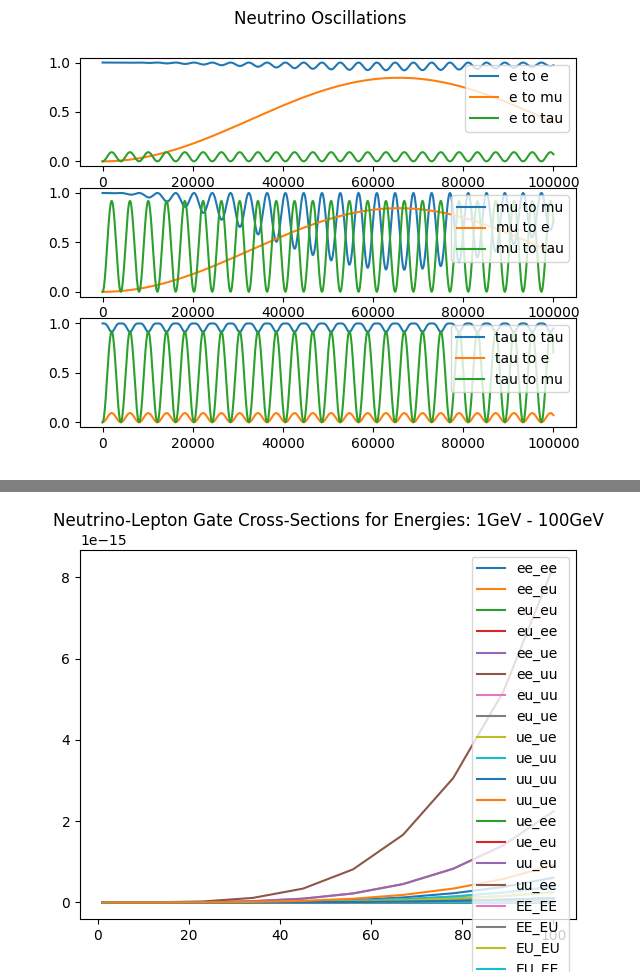
Repository: MichaelCullen2011/QuantumAndNeutrinos
Script's output: python neutrinos.py
An editor plug-in stored every save of this project. The script's output is shown before and after the next save, followed by the edit.
Each picture stacks the figures in order, with grey between them; figures that are only written to a file come last. Random numbers start from a fixed seed.

Above is the script's output before, as saved 2021-06-02 16:44:14.

### neutrinos.py
import numpy as np
import matplotlib.pyplot as plt


'''
To Do           - tau interactions
                - clean up constant variables into dicts or lists
'''


'''
Variables and Constants
'''
# # Constants
# Mass difference squared between two flavour states
delta_m_sq = {'eu': 7.53e-5, 'tu': 2.44e-3, 'te': 2.44e-3, 'ue': 7.53e-5, 'ut': 2.44e-3, 'et': 2.44e-3}     # eV**2
delta_m_e_mu_sq = 7.53e-5      # eV**2
delta_m_tau_mu_sq = 2.44e-3    # eV**2  # can be +ve or -ve
delta_m_tau_e_sq = 2.44e-3     # eV**2  # can be +ve or -ve
delta_m_mu_e_sq = delta_m_e_mu_sq      # eV**2
delta_m_mu_tau_sq = delta_m_tau_mu_sq    # can be +ve or -ve
delta_m_e_tau_sq = delta_m_tau_e_sq     # eV**2

# Angle between flavour states
sin_q_theta = {'eu': 0.846, 'tu': 0.92, 'te': 0.093, 'ue': 0.846, 'ut': 0.92, 'et': 0.093}
sin_sq_theta_e_tau = 0.093
sin_sq_theta_e_mu = 0.846
sin_sq_theta_mu_tau = 0.92      # actually > 0.92 but it varies on atmospheric values
sin_sq_theta_mu_e = sin_sq_theta_e_mu
sin_sq_theta_tau_e = sin_sq_theta_e_tau
sin_sq_theta_tau_mu = sin_sq_theta_mu_tau

G_f = 1.1663787e-5         # GeV-2
sin_sq_theta_w = 0.22290        # Weinberg angle
m_e = 0.511 * 1e-3     # GeV c-2
m_u = 105 * 1e-3       # GeV c-2
sigma_naught = 1.72e-45         # m**2 / GeV

# # Variables
# m_out = 10       # reactant mass out (electrons, muons etc)
# m_in = 1000        # reactant mass in (electrons, muons etc)
# E_v = 100     # Neutrino energy
# L = 10       # distance oscillating (for oscillation)
# E = E_v     # Neutrino beam energy
# d = 10       # distance travelled (for decoherence)



'''
Oscillation Probabilities   -   p_oscill = (np.sin(2 * theta))**2 * (np.sin((delta_m_sq * L) / (4 * E)))**2
'''
class Oscillations:
    def __init__(self, distance=1e6, energy=10):
        self.prob_list = {
            'eu': [], 'et': [],
            'ue': [], 'ut': [],
            'te': [], 'tu': [],
            'ee': [], 'uu': [],     # do these last as theyre calculated based on the previously calculated
            'tt': [],
        }

        self.prob_reduced = {
            'e': [],
            'u': [],
            't': []
        }

        self.prob_neut = []

        self.max_points = 1000      # Number of points
        self.E = energy
        self.L = distance    # Km
        self.x_range = np.linspace(0, self.L / self.E, self.max_points)
        theta_range = np.linspace(0, 2 * np.pi, self.max_points)


    def calculate(self):
        for x in self.x_range:
            # print(f"Calculated Probability of {self.max_points}")
            for change in self.prob_list.keys():
                if change not in ['ee', 'uu', 'tt']:
                    self.prob_list[change].append(Oscillations.prob(self, flavours=change, x=x))
            self.prob_list['ee'].append(1 - (self.prob_list['eu'][-1] * self.prob_list['et'][-1]))
            self.prob_list['uu'].append(1 - (self.prob_list['ue'][-1] * self.prob_list['ut'][-1]))
            self.prob_list['tt'].append(1 - (self.prob_list['te'][-1] * self.prob_list['tu'][-1]))

        self.prob_reduced['e'] = [self.prob_list['ee'], self.prob_list['eu'], self.prob_list['et']]
        self.prob_reduced['u'] = [self.prob_list['uu'], self.prob_list['ue'], self.prob_list['ut']]
        self.prob_reduced['t'] = [self.prob_list['tt'], self.prob_list['te'], self.prob_list['tu']]
        Oscillations.plot(self)


    def plot(self):
        fig, axs = plt.subplots(3)
        fig.suptitle('Neutrino Oscillations')
        n = 0
        for initial in self.prob_reduced.values():
            if n == 0:
                for p in initial:
                    axs[n].plot(self.x_range, p)
                    axs[n].legend(['e to e', 'e to mu', 'e to tau'], loc=1)
            if n == 1:
                for p in initial:
                    axs[n].plot(self.x_range, p)
                    axs[n].legend(['mu to mu', 'mu to e', 'mu to tau'], loc=1)
            if n == 2:
                for p in initial:
                    axs[n].plot(self.x_range, p)
                    axs[n].legend(['tau to tau', 'tau to e', 'tau to mu'], loc=1)
            n += 1
        plt.show()


    def prob(self, flavours, x):
        if flavours == 'eu':
            prob = sin_sq_theta_e_mu * np.square(np.sin(1.27 * delta_m_e_mu_sq * x / 4))
        elif flavours == 'et':
            prob = sin_sq_theta_e_tau * np.square(np.sin(1.27 * delta_m_e_tau_sq * x / 4))
        elif flavours == 'ue':
            prob = sin_sq_theta_e_mu * np.square(np.sin(1.27 * delta_m_mu_e_sq * x / 4))
        elif flavours == 'ut':
            prob = sin_sq_theta_mu_tau * np.square(np.sin(1.27 * delta_m_mu_tau_sq * x / 4))
        elif flavours == 'te':
            prob = sin_sq_theta_tau_e * np.square(np.sin(1.27 * delta_m_tau_e_sq * x / 4))
        elif flavours == 'tu':
            prob = sin_sq_theta_tau_mu * np.square(np.sin(1.27 * delta_m_tau_mu_sq * x / 4))
        return prob



'''
Cross Sections
'''
class CrossSections:
    def __init__(self, energy, lepton):
        E_v = energy
        sigma_naught = 1.72e-45

        s_e = sigma_naught * np.pi / G_f**2
        s_u = s_e * (m_u / m_e)

        sigma_naught_e = (2 * m_e * G_f**2 * E_v) / np.pi
        sigma_naught_u = (2 * m_u * G_f**2 * E_v) / np.pi

        if lepton == 'e':
            sigma_naught = sigma_naught_e
            self.cs_without_ms = {'e_e': [], 'E_E': [], 'E_U': [], 'u_e': [], 'u_u': [], 'U_U': []}
            self.cs_with_ms = {'e_e': [], 'E_E': [], 'E_U': [], 'u_e': [], 'u_u': [], 'U_U': []}

        elif lepton == 'u':
            sigma_naught = sigma_naught_u
            self.cs_without_ms = {'e_e': [], 'E_E': [], 'U_E': [], 'e_u': [], 'u_u': [], 'U_U': []}
            self.cs_with_ms = {'e_e': [], 'E_E': [], 'U_E': [], 'e_u': [], 'u_u': [], 'U_U': []}

        for flavour in self.cs_without_ms.keys():
            cs = CrossSections.neutrino_and_electron(self, flavour=flavour) * energy * sigma_naught
            self.cs_without_ms[flavour].append(cs)
            self.cs_with_ms[flavour].append(
                cs * energy * sigma_naught *
                CrossSections.mass_suppression(
                    self, flavour, energy=energy, reaction_lepton=lepton
                )
            )

    def neutrino_and_electron(self, flavour):
        if flavour == 'e_e':
            cs = 0.25 + sin_sq_theta_w + (4 / 3) * np.square(sin_sq_theta_w)
        elif flavour == 'E_E':
            cs = (1 / 12) + 1 / 3 * (sin_sq_theta_w + 4 / 3 * np.square(sin_sq_theta_w))
        elif flavour == 'E_U' or flavour == 'U_E':
            cs = 1 / 3
        elif flavour == 'u_e' or flavour == 'e_u':
            cs = 1
        elif flavour == 'u_u':
            cs = 1 / 4 - sin_sq_theta_w + 4 / 3 * np.square(sin_sq_theta_w)
        elif flavour == 'U_U':
            cs = 1 / 12 - 1 / 3 * sin_sq_theta_w + 4 / 3 * np.square(sin_sq_theta_w)
        return cs

    def mass_suppression(self, flavour, energy, reaction_lepton='e'):
        m_E = m_e
        m_U = m_u
        if reaction_lepton == 'e':
            m_in = m_e
        elif reaction_lepton == 'u':
            m_in = m_u

        if flavour == 'e_e':
            zeta = 1 - ((m_e ** 2) / (m_in ** 2 + 2 * m_in * energy))
        elif flavour == 'E_E':
            zeta = 1 - ((m_e ** 2) / (m_in ** 2 + 2 * m_in * energy))
        elif flavour == 'E_U':
            zeta = 1 - ((m_u ** 2) / (m_in ** 2 + 2 * m_in * energy))
        elif flavour == 'u_e':
            zeta = 1 - ((m_u ** 2) / (m_in ** 2 + 2 * m_in * energy))
        elif flavour == 'u_u':
            zeta = 1 - ((m_e ** 2) / (m_in ** 2 + 2 * m_in * energy))
        elif flavour == 'U_U':
            zeta = 1 - ((m_e ** 2) / (m_in ** 2 + 2 * m_in * energy))
        # neutrino-muon specific reactions
        elif flavour == 'U_E':
            zeta = 1 - ((m_e ** 2) / (m_in ** 2 + 2 * m_in * energy))
        elif flavour == 'e_u':
            zeta = 1 - ((m_e ** 2) / (m_in ** 2 + 2 * m_in * energy))
        return zeta



'''
Wave Functions (for plotting)
'''
class WaveFunctions:
    def __init__(self, accuracy):
        phi = np.linspace(0, np.pi, accuracy)
        theta = np.linspace(0, 2 * np.pi, 20)
        prob_at_detector = {'e_e': [], 'e_mu': [], 'e_tau': [],
                            'mu_mu': [], 'mu_e': [], 'mu_tau': [],
                            'tau_tau': [], 'tau_e': [], 'tau_mu': []}
        flavour_list = ['e_e', 'e_mu', 'e_tau', 'mu_mu', 'mu_e', 'mu_tau', 'tau_tau', 'tau_e', 'tau_mu']
        detector_1 = {'e_e': [], 'e_mu': [], 'e_tau': [],
                      'mu_mu': [], 'mu_e': [], 'mu_tau': [],
                      'tau_tau': [], 'tau_e': [], 'tau_mu': []}
        detector_2 = {'e_e': [], 'e_mu': [], 'e_tau': [],
                      'mu_mu': [], 'mu_e': [], 'mu_tau': [],
                      'tau_tau': [], 'tau_e': [], 'tau_mu': []}

        for flavour_change in flavour_list:
            for phi_value in phi:
                prob_at_detector[flavour_change].append(WaveFunctions.prob(self, flavour=flavour_change, phi=phi_value))

            for tuple in prob_at_detector[flavour_change]:
                detector_1[flavour_change].append(tuple[0])
                detector_2[flavour_change].append(tuple[0])

        fig1 = plt.figure()
        fig2 = plt.figure()
        ax1 = fig1.add_subplot(111)
        ax2 = fig2.add_subplot(111)
        ax1.title.set_text('Detector 1 Probabilities')
        ax2.title.set_text('Detector 2 Probabilities')

        ax1.set_xticks(ticks=np.linspace(start=0, stop=2 * np.pi, num=int(accuracy)))
        ax1.set_yticks(ticks=np.linspace(0, 1, num=5))
        ax2.set_xticks(ticks=np.linspace(start=0, stop=2 * np.pi, num=int(accuracy)))
        ax2.set_yticks(ticks=np.linspace(0, 1, num=5))


        for prob_list in detector_1.values():
            #print(prob_list)
            ax1.plot(phi, prob_list, '--', linewidth=1)

        for prob_list in detector_2.values():
            #print(prob_list)
            ax2.plot(phi, prob_list, '--', linewidth=1)

        ax1.legend(flavour_list, loc=1)
        ax2.legend(flavour_list, loc=1)

    def prob(self, flavour, phi):
        order_tau_d_same = 1
        order_tau_d_change = 1 / 3
        if flavour == 'e_e':
            prob_f1 = 1
            prob_f2 = 0
        elif flavour == 'e_mu':
            prob_f1 = 1 - (np.sqrt(sin_sq_theta_e_tau) / 2) * (1 - order_tau_d_change * np.cos(phi))
            prob_f2 = (np.sqrt(sin_sq_theta_e_tau) / 2) * (1 - order_tau_d_change * np.cos(phi))
        elif flavour == 'e_tau':
            prob_f1 = 1 - (np.sqrt(sin_sq_theta_e_tau) / 2) * (1 - order_tau_d_change * np.cos(phi))
            prob_f2 = (np.sqrt(sin_sq_theta_e_tau) / 2) * (1 - order_tau_d_change * np.cos(phi))
        if flavour == 'mu_mu':
            prob_f1 = 1
            prob_f2 = 0
        elif flavour == 'mu_e':
            prob_f1 = 1 - (np.sqrt(sin_sq_theta_e_mu) / 2) * (1 - order_tau_d_change * np.cos(phi))
            prob_f2 = (np.sqrt(sin_sq_theta_e_mu) / 2) * (1 - order_tau_d_change * np.cos(phi))
        elif flavour == 'mu_tau':
            prob_f1 = 1 - (np.sqrt(sin_sq_theta_mu_tau) / 2) * (1 - order_tau_d_change * np.cos(phi))
            prob_f2 = (np.sqrt(sin_sq_theta_mu_tau) / 2) * (1 - order_tau_d_change * np.cos(phi))
        if flavour == 'tau_tau':
            prob_f1 = 1
            prob_f2 = 0
        elif flavour == 'tau_e':
            prob_f1 = 1 - (np.sqrt(sin_sq_theta_tau_e) / 2) * (1 - order_tau_d_change * np.cos(phi))
            prob_f2 = (np.sqrt(sin_sq_theta_tau_e) / 2) * (1 - order_tau_d_change * np.cos(phi))
        elif flavour == 'tau_mu':
            prob_f1 = 1 - (np.sqrt(sin_sq_theta_tau_mu) / 2) * (1 - order_tau_d_change * np.cos(phi))
            prob_f2 = (np.sqrt(sin_sq_theta_tau_mu) / 2) * (1 - order_tau_d_change * np.cos(phi))
        return prob_f1, prob_f2



'''
Gates
'''
class Gates:
    def __init__(self, energy_list):
        self.energy_list = energy_list
        self.gate_energy_reactions = None
        self.leptons = {'e': [], 'u': []}       # currently only considering e and mu (no tau)
        self.all_values = {}

    def calculate(self):
        for energy in self.energy_list:
            for lepton in self.leptons.keys():
                # print(f'\n Cross Sections for Reactions with {lepton} at {energy} GeV:')
                self.leptons[lepton] = CrossSections(energy=energy, lepton=lepton)    # Energy in GeV

            gate_reactions = Gates.gate_cs(Gates.combine_cs(self))
            if self.gate_energy_reactions is None:      # checking if first time running this script
                self.gate_energy_reactions = gate_reactions
            else:
                for flavour, value in gate_reactions.items():
                    self.gate_energy_reactions[flavour].append(value[0])
            self.all_values[energy] = [values for values in gate_reactions.values()]
            print(f"Average Prob for {energy} GeV: ", np.average(self.all_values[energy]))
            if energy == self.energy_list[-1]:
                print(f"Neutrino-Lepton Gate Probabilities for {energy}GeV: \n {gate_reactions}")

        # plot
        Gates.plot_energies(self)
        plt.show()


    def combine_cs(self):
        all_cs = {'e_e': [], 'e_u': [], 'u_u': [], 'u_e': [], 'E_E': [], 'E_U': [], 'U_U': [], 'U_E': []}
        e_class = self.leptons['e']
        u_class = self.leptons['u']
        for all_reaction in all_cs.keys():
            for e_reaction, e_value in e_class.cs_without_ms.items():
                if e_reaction == all_reaction:
                    all_cs[all_reaction].append(e_value[0])
            for u_reaction, u_value in u_class.cs_without_ms.items():
                if u_reaction == all_reaction:
                    all_cs[all_reaction].append(u_value[0])

        for all_reaction, all_values in all_cs.items():
            if len(all_values) > 1:
                all_cs[all_reaction] = [(all_values[0] + all_values[1]) / 2]
        return all_cs


    @staticmethod
    def gate_cs(all_cs):
        # creates our final dict with the probabilities for all gate interactions
        single_reactions = ['e_e', 'e_u', 'u_u', 'u_e']
        single_reactions_anti = ['E_E', 'E_U', 'U_U', 'U_E']
        whole_reaction = []
        for first_reaction in single_reactions:
            for second_reaction in single_reactions:
                whole_reaction.append(first_reaction[0] + second_reaction[0] + '_' + first_reaction[2] + second_reaction[2])
        for first_reaction in single_reactions_anti:
            for second_reaction in single_reactions_anti:
                whole_reaction.append(first_reaction[0] + second_reaction[0] + '_' + first_reaction[2] + second_reaction[2])
        gate_reactions = {whole_keys: [] for whole_keys in whole_reaction}


        # reaction 1 is reaction_combined[0] + '_' + reaction_combined[3]
        # reaction 2 in reaction_combined[1] + '_' + reaction_combined[4]
        for reaction_combined in gate_reactions.keys():
            first_reaction = reaction_combined[0] + '_' + reaction_combined[3]
            second_reaction = reaction_combined[1] + '_' + reaction_combined[4]
            gate_reactions[reaction_combined] = [all_cs[first_reaction][0] * all_cs[second_reaction][0]]

        # for key, value in gate_reactions.items():
        #     print(f"{key}: {value}")
        return gate_reactions


    def plot_energies(self):
        for flavour, values in self.gate_energy_reactions.items():
            self.gate_energy_reactions[flavour] = [values, list(self.energy_list)]

        for flavour, values in self.gate_energy_reactions.items():
            plt.plot(values[1], values[0], '-')
        plt.title(f"Neutrino-Lepton Gate Cross-Sections for Energies: {int(min(self.energy_list))}GeV - {int(max(self.energy_list))}GeV")
        plt.legend(self.gate_energy_reactions.keys())



'''
Running
'''
Oscillations(distance=1e6, energy=10).calculate()    # Prints oscillation probabilities for flavours given the distance it travels

# WaveFunctions(accuracy=20)      # Currently Broken!!! Doesnt plot correctly # Accuracy is the number of points within the range

Gates(energy_list=np.linspace(1, 100, 10)).calculate()         # calculates and plots gate probabilities at various energies for different interactions

plt.show()

After the next save:
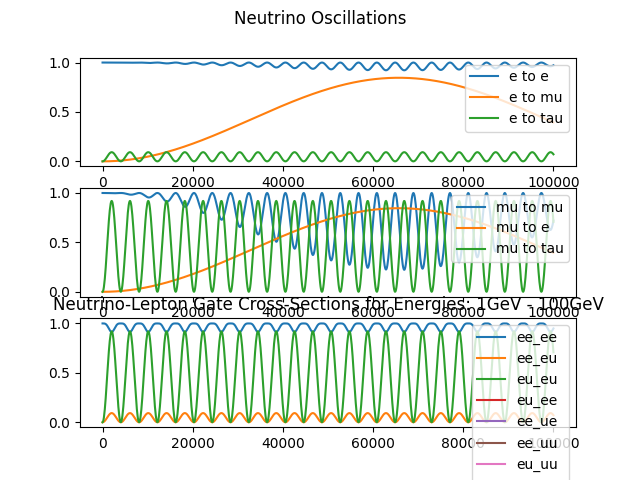
Saved 11 s later.
--- a/neutrinos.py
+++ b/neutrinos.py
@@ -108,7 +108,6 @@
                     axs[n].plot(self.x_range, p)
                     axs[n].legend(['tau to tau', 'tau to e', 'tau to mu'], loc=1)
             n += 1
-        plt.show()
 
 
     def prob(self, flavours, x):
@@ -319,7 +318,6 @@
 
         # plot
         Gates.plot_energies(self)
-        plt.show()
 
 
     def combine_cs(self):

After the 2 saves that followed:
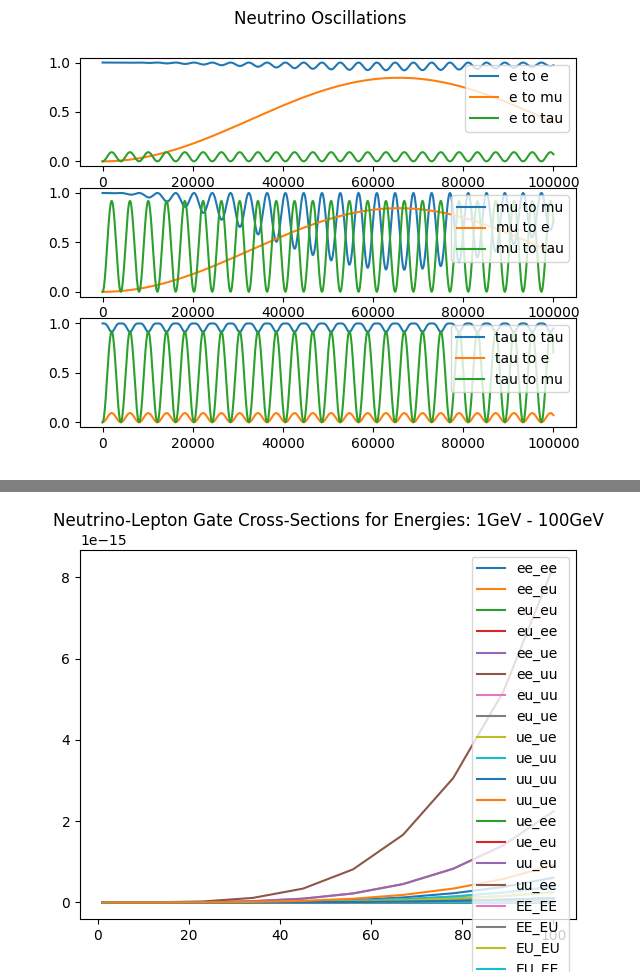
The 2 saves are shown as one change because 1 left the picture as it was.
The last was saved 49 s later.
--- a/neutrinos.py
+++ b/neutrinos.py
@@ -108,6 +108,7 @@
                     axs[n].plot(self.x_range, p)
                     axs[n].legend(['tau to tau', 'tau to e', 'tau to mu'], loc=1)
             n += 1
+        plt.show()
 
 
     def prob(self, flavours, x):
@@ -318,6 +319,7 @@
 
         # plot
         Gates.plot_energies(self)
+        plt.show()
 
 
     def combine_cs(self):
